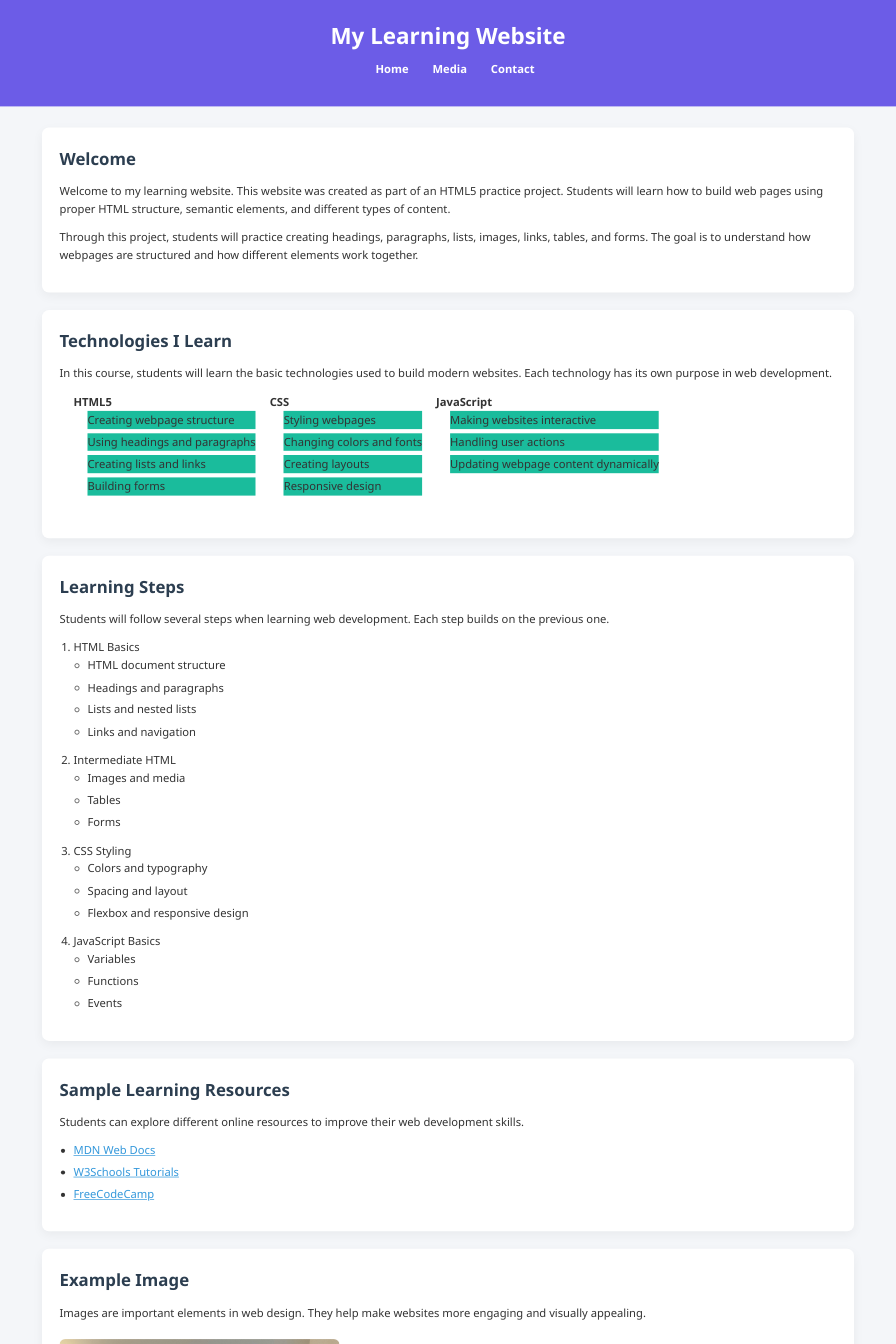
Repository: Than-sothearak/web_client_programing
Page: Week_03/index.html
The author's editor kept a copy of each file at every save. The page is drawn from the files as they stood at one save, then again after the next save.
The browser window is 1280 px wide. The pictures show the part of the page from y = 0 to 1920 px (the page is 2949 px tall), at 70% of full size.

Above is the page before, as saved 2026-03-24 21:18:00.

After the next save:
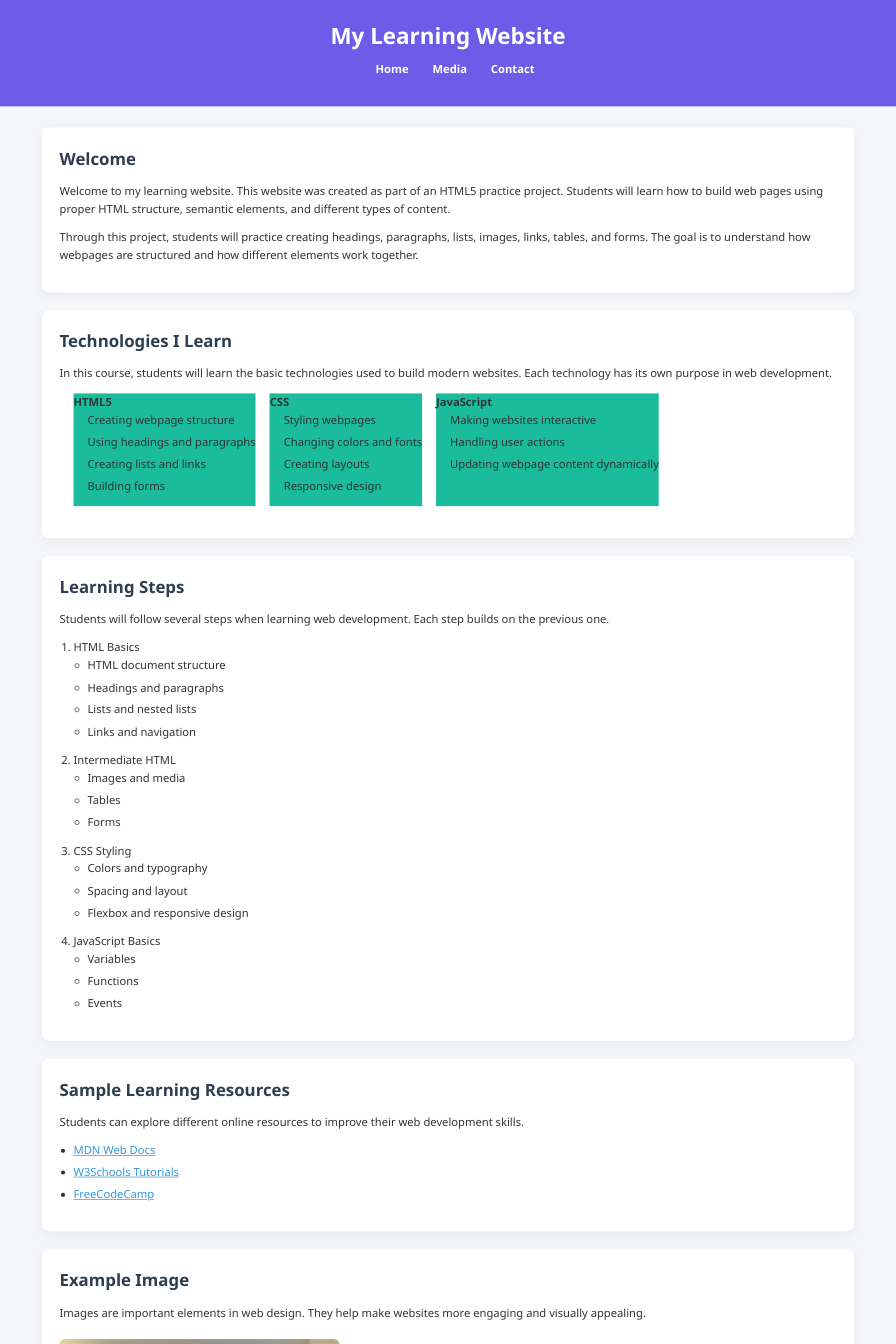
Saved 6 s later.
--- a/Week_03/styles.css
+++ b/Week_03/styles.css
@@ -107,7 +107,7 @@ ol {
   list-style: none;
 }
 
-.card li{
+.card {
   background-color: #1abc9c;
 }
 
